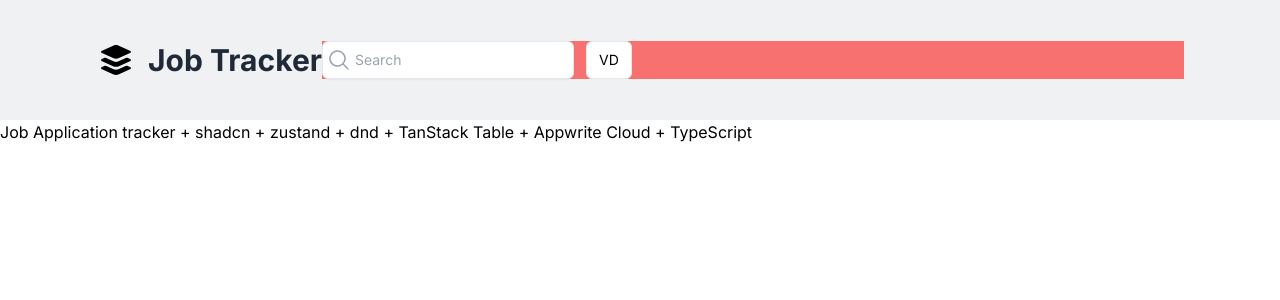
Repository: Vasil1001/job-applications-tracker-nextjs
Page: /
These files come from the project's save history. The page is drawn as it stood at one moment and after a run of saves; the edit follows.
The browser window is 1280 px wide. The pictures show the whole page.
The project was rebuilt for these pictures with package versions that can differ from the ones it lists, and the page was loaded fresh each time. The framework's server and built-in components were replaced by stand-ins that run in the browser. Also part of the build but not shown: next.config.js.

Above is the page before, as saved 2023-06-24 17:22:46.

### app/layout.tsx
import "./globals.css";
import { Inter } from "next/font/google";

const inter = Inter({ subsets: ["latin"] });

export const metadata = {
  title: "Job Tracker",
  description: "Generated by create next app",
};

export default function RootLayout({
  children,
}: {
  children: React.ReactNode;
}) {
  return (
    <html lang="en">
      <body suppressHydrationWarning={true} className={inter.className}>{children}</body>
    </html>
  );
}

### app/page.tsx
import Header from "@/components/Header";
import Image from "next/image";

export default function Home() {
  return (
    <main className="flex min-h-screen max-w-screen flex-col justify-between mx-auto">
      {/* Header Component */}
      <Header />

      {/* Board dnd Component */}

    </main>
  );
}

### components/Header.tsx
"use client";
import { Search } from "lucide-react";
import React from "react";
import SearchBar from "./navbar/SearchBar";
import { IoIosApps } from "react-icons/io";
import { RiSendPlaneLine } from "react-icons/ri";
import { BiNotepad } from "react-icons/bi";
import Image from "next/image";
import { MagnifyingGlassIcon, UserCircleIcon } from "@heroicons/react/24/solid";
import { FiUser } from "react-icons/fi";
import { HiMagnifyingGlass } from "react-icons/hi2";
import Navbar from "./navbar/Navbar";
import Avatar from "react-avatar";

export default function Header() {
  return (
    <header>
      <div className="flex flex-col md:flex-row items-center p-5 xl:p-10 xl:px-24 bg-gray-500/10">
        {/* <Navbar /> */}
        {/* <Image
          src="https://links.papareact.com/c2cdd5"
          alt="Logo"
          width={300}
          height={100}
          className="w-44 md:w-56 pb-10 md:pb-0 object-contain"
        /> */}
        {/* Logo */}
        <div className="flex items-center font-bold text-3xl">
          <IoIosApps size={40} className="mr-3" />
          <span className="text-gray-800">Job Tracker</span>
        </div>

        {/* Search input, button and profile */}
        <div className="flex items-center gap-3 bg-red-400 flex-1">
          <form className="flex items-center space-l-5 bg-white rounded-md p-1 border shadow-sm focus-visible:outline-none focus-visible:ring-1 focus:ring-gray-400 text-black bg-white border-gray-200 sm:text-sm rounded-md hover:border-gray-300 placeholder:text-gray-400 focus:placeholder:text-gray-500 flex-1 md:flex-initial">
            <HiMagnifyingGlass className="w-6 h-6 text-gray-400" />
            <input
              type="text"
              placeholder="Search"
              className="flex-1 outline-none p-1 "
            />
            <button hidden> Search</button>
          </form>
          <button className=" py-2 px-3 flex-initial text-black text-sm font-regular border focus-visible:outline-none focus-visible:ring-1 focus:ring-gray-400 bg-white border-gray-200 sm:text-sm rounded-md hover:border-gray-300 ">
            VD
          </button>
        </div>

        {/* <Avatar name="Vasilis Dzhakov" round color="#ffffff" size="50" fgColor='black' /> */}
        <div className="flex gap-3.5">
          {/* <SearchBar />
            <button className="py-2 px-4 flex-initial text-black border focus-visible:outline-none focus-visible:ring-1 focus:ring-gray-400 bg-white border-gray-200 sm:text-sm rounded-md hover:border-gray-300 ">
              User
            </button> */}
        </div>
      </div>
      <h1>
        Job Application tracker + shadcn + zustand + dnd + TanStack Table +
        Appwrite Cloud + TypeScript
      </h1>
    </header>
  );
}

Loaded but not shown: app/globals.css (common file); tailwind.config.js (common file)

After the next 2 saves:
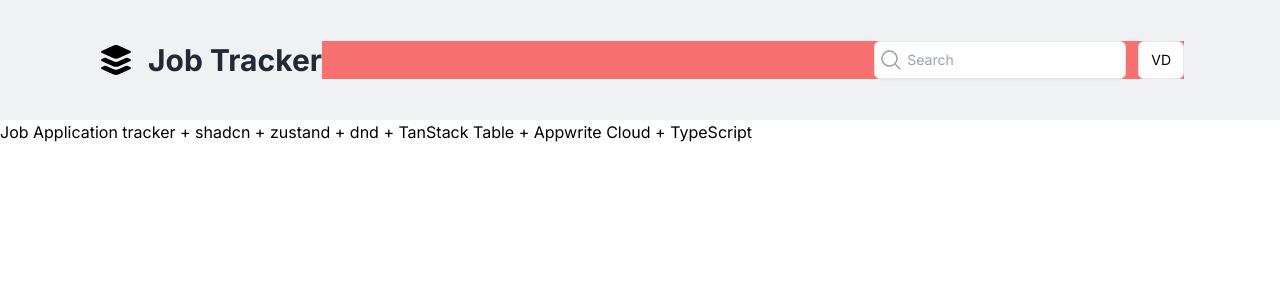
The 2 saves are shown as one change because they came seconds apart.
The last was saved 6 s later.
--- a/components/Header.tsx
+++ b/components/Header.tsx
@@ -31,7 +31,7 @@ export default function Header() {
         </div>
 
         {/* Search input, button and profile */}
-        <div className="flex items-center gap-3 bg-red-400 flex-1">
+        <div className="flex items-center gap-3 bg-red-400 flex-1 justify-end">
           <form className="flex items-center space-l-5 bg-white rounded-md p-1 border shadow-sm focus-visible:outline-none focus-visible:ring-1 focus:ring-gray-400 text-black bg-white border-gray-200 sm:text-sm rounded-md hover:border-gray-300 placeholder:text-gray-400 focus:placeholder:text-gray-500 flex-1 md:flex-initial">
             <HiMagnifyingGlass className="w-6 h-6 text-gray-400" />
             <input
